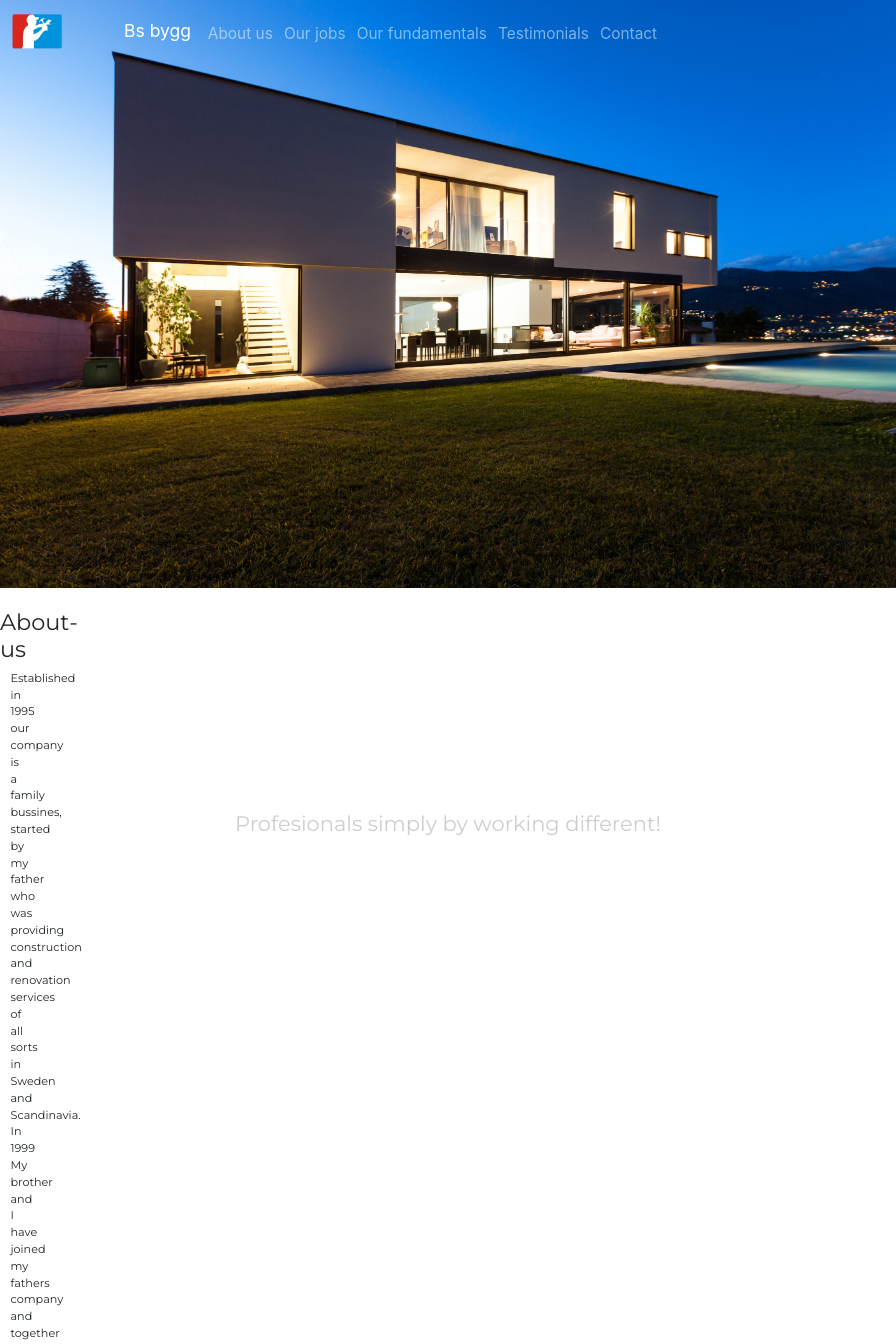
Repository: Bartie1982/milestone-project-1
Page: index.html
The author's editor kept a record of every edit. The page is drawn from the files as they stood at one moment, then again after the next edit.
The browser window is 1280 px wide. The pictures show the part of the page from y = 0 to 1920 px (the page is 5285 px tall before and 5295 px after), at 70% of full size.

Above is the page before.

### index.html
<!DOCTYPE html>
<html lang="en">

<head>
    <meta charset="UTF-8">
    <meta name="viewport" content="width=device-width, initial-scale=1.0">
    <meta http-equiv="X-UA-Compatible" content="ie=edge">
    <link rel="stylesheet" href="https://stackpath.bootstrapcdn.com/bootstrap/4.3.1/css/bootstrap.min.css" type="text/css" />
    <link rel="stylesheet" href="https://stackpath.bootstrapcdn.com/font-awesome/4.7.0/css/font-awesome.min.css" type="text/css" />
    <link rel="stylesheet" href="assets/css/style.css" type="text/css" />
    <title>BsBygg</title>
</head>

<body>
    <header>
        <div class="container-fluid">
            <div class="row">
                    <div class="col-lg-12 col-md-12 col-xs-12 d-flex">
                        <a href="index.html">
                        <img class="img logo sticky-top" src="./assets/images/logo1.png" alt="Bs.bygg">
                        </a>
                        <nav class="navbar navbar-expand-xl navbar-dark">
                            <a class="navbar-brand" href="index.html">Bs bygg</a>
                                <button class="navbar-toggler" type="button" data-toggle="collapse" data-target="#navbarNav" aria-controls="navbarNav" aria-expanded="false" aria-label="Toggle navigation">
                                     <span class="navbar-toggler-icon"></span>
                                </button>
                                <div class="collapse navbar-collapse" id="navbarNav">
                                    <ul class="navbar-nav">
                                        <li class="nav-item">
                                            <a class="nav-link" href="#about-us">About us</a>
                                        </li>
                                        <li class="nav-item">
                                            <a class="nav-link" href="#our-jobs">Our jobs</a>
                                        </li>
                                        <li class="nav-item">
                                            <a class="nav-link" href="#our-fundamentals">Our fundamentals</a>
                                        </li>
                                        <li class="nav-item">
                                            <a class="nav-link" href="#testimonials">Testimonials</a>
                                        </li>
                                        <li class="nav-item">
                                            <a class="nav-link" href="#contact">Contact</a>
                                        </li>
                                    </ul>
                                </div>
                        </nav>
                    </div>
            </div>
        </div>
            <div class="h-75 d-inline-block col-lg-12 col-xs-12 d-flex justify-content-center quote">
                        <p class="align-self-end">Profesionals simply by working different!</p>
            </div>
    </header>

    <section>
        <div class="d-flex justify-content-center" id="about-us">
            <div class="col-md-8 about-us">
                <h2>About-us</h2>

                <p class="col-md-12 text-space">Established in 1995 our company is a family bussines,
                started by my father who was providing construction and renovation services of all sorts in Sweden and Scandinavia.
                In 1999 My brother and I have joined my fathers company and together we expanded rapidly.
                Completing bigger and more complicated houses designs in Sweden, Danmark, Uk, Poland and Canada over time  we were growing and evolving to get framing and construction projects ahead simultaneously remaning in renovation business.
                We are a highly-qualified profesional construction and renovation team, with over forty years of experience in building field known for our service quality as well as time of completing our projects.
                </p>

            </div>
        </div>

        <div class="row">
            <div class="col-md-12 h-line4">
                <hr>
            </div>
        </div>

    </section>
    <section>
        <div class="row" id="our-jobs">
            <div class="col-md-12 Our-jobs">
                <h2>Our jobs</h2>
                    <div class="row d-flex justify-content-around">
                        <div class="col-sm-12 col-md-12 col-lg-4">
                            <div class="polaroid">
                        <img src="./assets/images/balsta-light.jpg" alt="Full framing" style="width:100%">
                             <div class="container p">
                             <p>Full framing</p>
                             </div>
                       </div>
                        </div>
                        <div class="col-sm-12 col-md-12 col-lg-4">
                            <div class="polaroid">
                        <img src="./assets/images/akersberga-ed.jpg" alt="Extensions" style="width:100%">
                             <div class="container p">
                             <p>Extensions</p>
                             </div>
                       </div>
                        </div>
                        <div class="col-sm-12 col-md-12 col-lg-4">
                            <div class="polaroid">
                        <img src="./assets/images/tak-arbetet-ed.jpg" alt="Roofing" style="width:100%">
                             <div class="container p">
                             <p>Roofing</p>
                         </div>
                        </div>
                    </div>
                </div>
            </div>
        </div>
    </section>
    <section>
        <div class="row">
            <div class="col-md-12 h-line3">
                <hr>
            </div>
        </div>
        <div class="row d-flex justify-content-center" id="our-fundamentals">
            <div class="col-md-8 our-fundamentals">
                <h2>Our fundamentals</h2>

                <p class="col-md-12 text-space">We are proud to present our philosophy and style created by years of experience as well as different locations of our services.
                Implementing  Canadian remarkable approach of extreme organisation and management.
                Combining with Polish work productivity and Scandinavian precision makes us known for high quality services simultaneously reducing times and costs.
                Naturally learning of all kinds of materials and techniques used in different countries while providing our services, generates a lot more knowledge used in building process than other companies. Offering even more
                cost reduction and increasing profitability for our clients.
                </p>
            </div>
        </div>

        <div class="row">
            <div class="col-md-12 h-line4">
                <hr>
            </div>
        </div>
    </section>
    <section>
        <div class="row" id="testimonials">
            <div class="col-md-12 Testimonials">
                <h2>Testimonials</h2>
                    <div class="row people d-flex justify-content-around">
                        <div class="col-sm-12 col-md-4 person">
                            <img class="img-fluid" src="./assets/images/Face 6.jpg" alt="Peter">
                            <p class="text-space"><i>"It's verry professional company with services worth recomending to everyone."</i><br><b>PETER</b></p>
                        </div>
                        <div class="col-sm-12 col-md-4 person">
                            <img class="img-fluid" src="./assets/images/Face 4.jpg" alt="Henrik">
                            <p class="text-space"><i>"Very good prepared and colaborative, I could see right away I have been hired profesionals."</i><br><b>HENRIK</b></p>
                        </div>
                        <div class="col-sm-12 col-md-4 person">
                            <img class="img-fluid" src="./assets/images/Face 7.jpg" alt="Frida">
                            <p class="text-space">"<i>Work was well planed, well orginased and definetly quick and clean."</i><br><b>FRIDA</b></p>
                        </div>
                    </div>
            </div>
                <div class="row">
                    <div class="col-md-12 h-line4">
                        <hr>
                    </div>
                </div>
    </section>
    <footer class="container-fluid" id="contact">
        <div class="row">
                <div class="col-lg-6 col-md-6 col-sm-12 mx-auto">
                    <h4 class="general-sub w-50 mx-auto">Contact</h4>

                        <div class="w-50 mx-auto">
                            <div>
                            <p><b>Email:</b> contact@bsbygg.com</p>
                            </div>
                            <div>
                            <p><b>Mobile:</b> 0704645042 </p>
                            </div>
                            <div>
                            <p><b>Adress:</b> Petersbergsvagen 5 <br>185 34 Vaxholm</p>
                        </div>
                </div>
        </div>
            <div class="col-lg-6 col-md-6 col-sm-12 social mx-auto">
                <h4 class="general-sub w-50 mx-auto">Social</h4>
                <ul class="list-inline social-links w-50 mx-auto">
                <li class="list-inline-item">
                    <a target="_blank" href="https://www.linkedin.com/">
                        <i class="fa fa-linkedin" aria-hidden="true"></i>
                        <span class="sr-only">Linkedin</span>
                    </a>
                </li>

                <li class="list-inline-item">
                    <a target="_blank" href="https://www.facebook.com/">
                        <i class="fa fa-facebook" aria-hidden="true"></i>
                        <span class="sr-only">Facebook</span>
                    </a>

                </li>
                <li class="list-inline-item">
                    <a target="_blank" href="https://www.pinterest.com/">
                        <i class="fa fa-pinterest" aria-hidden="true"></i>
                        <span class="sr-only">Pinterest</span>
                    </a>
                </li>
                <li class="list-inline-item">
                    <a target="_blank" href="https://www.instagram.com/">
                        <i class="fa fa-instagram" aria-hidden="true"></i>
                        <span class="sr-only">Instagram</span>
                    </a>
                </li>

                </ul>
            </div>
        </div>
        <div class="d-flex justify-content-center">
            <p class="">All rights reserved  Bartosz Szkaradzinski 2020</p>
        </div>
    </footer>
</body>

</html>

### assets/css/style.css
@import url('https://fonts.googleapis.com/css?family=Montserrat&display=swap:100,200,300,400,500,600,700|Exo:100,200,300,400,500,600,700');


/*----------------------------------------------Colours*/
.bg-color-name-title {
      color: #000234;
}



/*----------------------------------------------Heading*/

html, body {
    width: 100vw;
    overflow-x: hidden;
    overflow-y: auto;
}

header {
    margin: 0;
    background: url("../images/Villa1.jpg");
    background-repeat: no-repeat;
    background-size: cover;
    height: 840px;

}

.logo {
    float: right;
    background-repeat: no-repeat;
    background-size: 30px;
    min-height: 20px;
    height: 50px;
    margin-top: 20px;
    margin-right: 10px;

}

.navbar {
    margin-top: 13px;
    margin-left: 60px;
}

.navbar-dark {
    position: relative;
    font-size: 22px;

}

.navbar-brand {
    margin-bottom: 8px;
    font-size: 25px;

}

.quote {
    float: right;
    margin-top: 500px;
    margin-left: auto;
    margin-right: auto;
    color: #cdcdcd;
    font-family: "Exo", Montserrat;
    font-weight: 100;
    font-size: 30px;

}


/*----------------------------------------------About us*/

.about-us {

    font-family: "Exo", Montserrat;
    margin-top: 30px;
    text-align: center;
    min-height: 300px;

}

/*----------------------------------------------Our fundamentals*/



.our-fundamentals {
    font-family: "Exo", Montserrat;
    margin-top: 30px;
    text-align: center;
    min-height: 300px;
}




/*----------------------------------------------Our jobs*/

.polaroid {
  width: 250px;
  box-shadow: 0 4px 8px 0 rgba(0, 0, 0, 0.2), 0 6px 20px 0 rgba(0, 0, 0, 0.19);
  text-align: center;
  margin: 30px auto 30px auto;

}

.Our-jobs {
    font-family: "Exo", Montserrat;
    margin-top: 30px;
    text-align: center;
    min-height: 300px;

}


/*----------------------------------------------Testimonials*/

.container p {
  padding: 25px;
}
.people {
    margin-top:20px;
    margin-bottom: 40px;
}
.person {

    height: inherit;
    margin-bottom: 30px;
}
.person img {
    width: 50%;
    margin-left: auto;
    margin-right: auto;
}
.person p {
    padding-left: 30px;
    padding-right: 30px;
}


.name {
    font-family: "Exo", Montserrat;
    background-position: center;
    margin-top: 50px;
    font-weight: 100;
    min-height: 100px;
    font-size: 46px;
    color: #fff;

}

.Testimonials {
    font-family: "Exo", Montserrat;
    margin-top: 30px;
    text-align: center;
    min-height: 300px;

}

/*----------------------------------------------Spacers/lines/margins/paddings/text */

h1,
h2,
h3,
h4 {
       margin: 0;
}



hr {
    background-color: grey;
    height: 1px;
    border: 0; }

.h-line3 {
    margin-top: 0;

}

.h-line4 {
    margin-top: 1%;
}

.text-space {
    margin-top: 10px;
    margin-bottom: 10px;
}

.general-sub {
    margin-top: 20px;
    margin-bottom: 10px;
    color: #fafafa;
    font-family: "Exo", Montserrat;
    font-weight: 300;

}

.inline-block {
    display: inline-block;

}

/*----------------------------------------------Footer*/

footer {
    background-color: #525252;
    color: #fafafa;
    min-height: 240px;
}

.contact {
    margin-left: auto;
    margin-right: auto;

}

.quote-pdf i {
    font-size: 20px;
    color: #fafafa;
    text-align: center;
    padding-left: 8px;
    transition: all 0.45s ease-in;
    -moz-transition: all 0.45s ease-in;
    -webkit-transition: all 0.45s ease-in;
    -o-transition: all 0.45s ease-in;
}

.quote-pdf i:hover {
    color: #40A8AF;

}
.social {
     margin-right: auto;
     margin-left: auto;
}

.social-links li a i {
    width: 30px;
    height:30px;
    padding: 15px;
    border-radius: 15%;
    font-size: 15px;
    line-height: 10px;
    text-align: center;
    color: #fafafa;
    background: #8f8f8f;
    transition: all 0.35s ease-in;
    -moz-transition: all 0.35s ease-in;
    -webkit-transition: all 0.35s ease-in;
    -o-transition: all 0.35s ease-in;
}

.social-links li a i:hover {
    background: #40A8AF;
}

After the next edit:
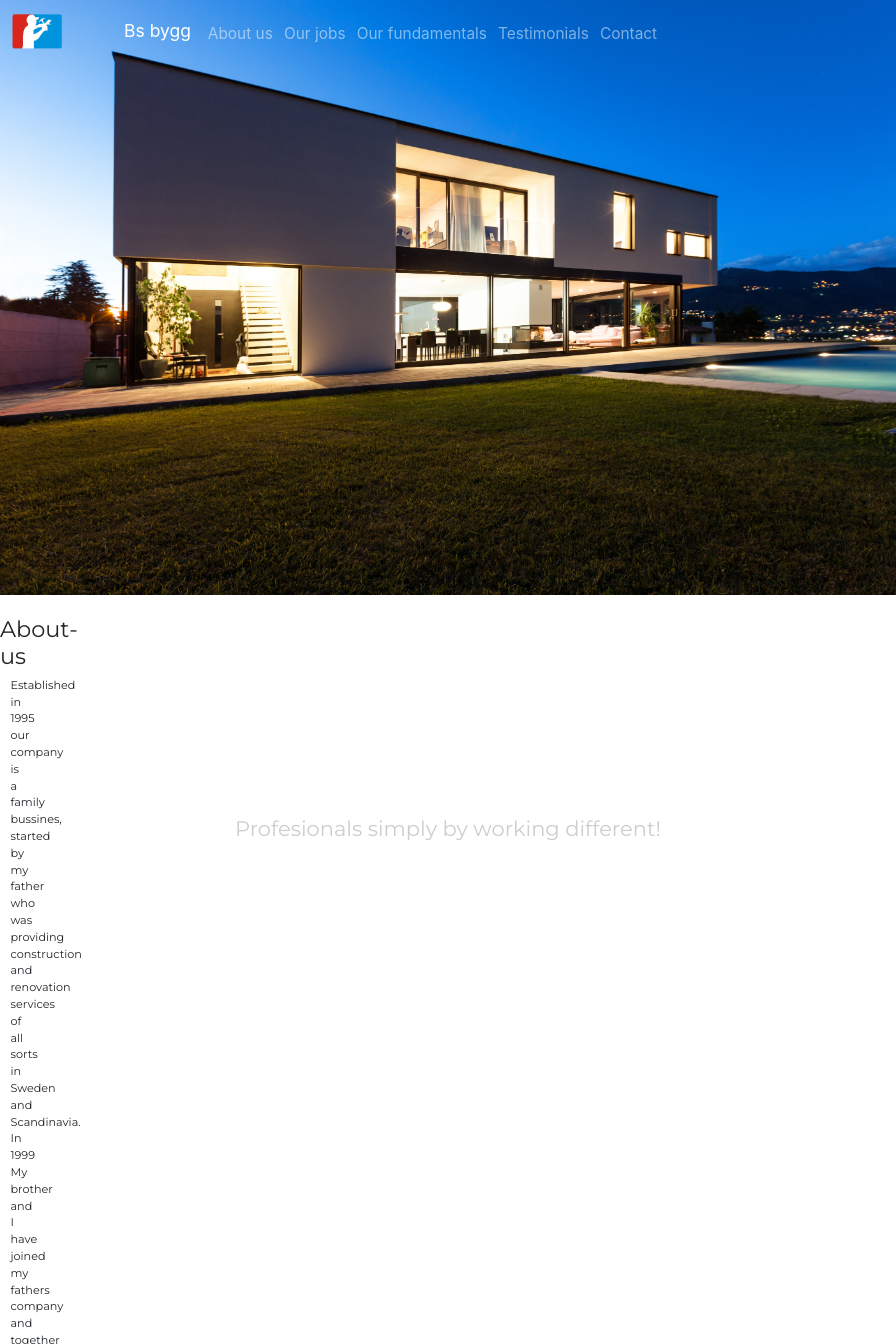
The edit:
--- a/assets/css/style.css
+++ b/assets/css/style.css
@@ -21,7 +21,7 @@
     background: url("../images/Villa1.jpg");
     background-repeat: no-repeat;
     background-size: cover;
-    height: 840px;
+    height: 850px;
 
 }
 
